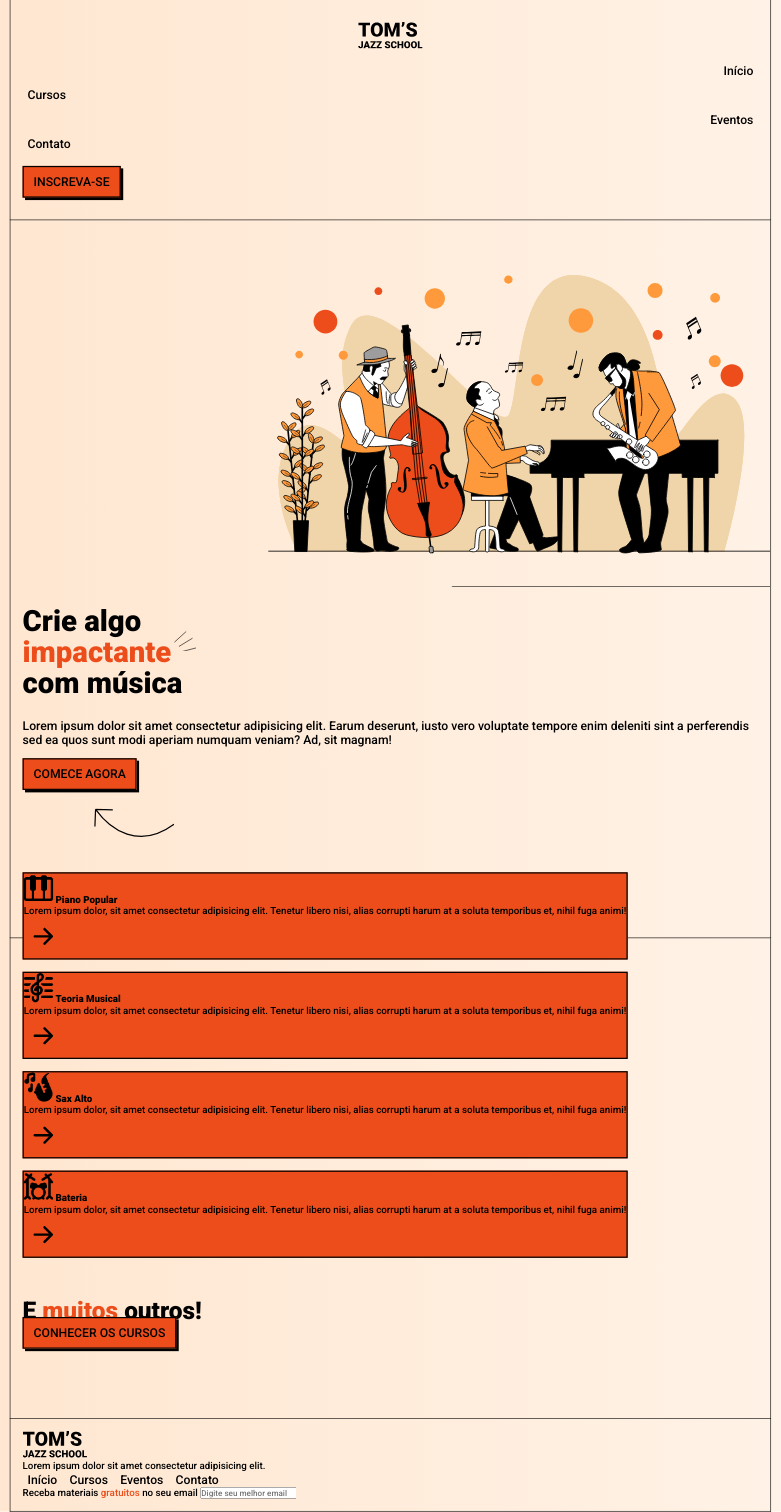
Repository: tenoriodasilva31/OBC-Music-School
Page: index.html
The author's editor kept a copy of each file at every save. The page is drawn from the files as they stood at one save, then again after the next save.
The browser window is 1280 px wide. The pictures show the whole page, at 61% of full size.

Above is the page before, as saved 2023-07-05 17:45:01.

### index.html
<!DOCTYPE html>
<html lang="pt-BR">
<head>
    <meta charset="UTF-8">
    <meta name="viewport" content="width=device-width, initial-scale=1.0">
    <title>Tom's Jazz School</title>

    <link rel="preconnect" href="https://fonts.googleapis.com">
    <link rel="preconnect" href="https://fonts.gstatic.com" crossorigin>

    <link rel="stylesheet" href="index.css">

    <link href="https://fonts.googleapis.com/css2?family=Roboto:wght@500;900&display=swap" rel="stylesheet">
</head>
<body>
    <header>
        <img src="./img/logo.svg" alt="Tom's School">
        <nav class="mt-1 nx-auto">
            <a href="#">Início</a>
            <a href="#">Cursos</a>
            <a href="#">Eventos</a>
            <a href="#">Contato</a>
        </nav>
        <button href="#" class="button mt-1 mb-1 nx-auto">Inscreva-se</button>
    </header>
    <main>
        <section class="hero-section">
            <img src="/img/hero-img.svg" alt="Banda de jazz se apresentando">
            <div>
                <h1 class="mt-2">Crie algo <span class="text-primary decoration">impactante</span> com música</h1>
                <p class="mt-2 mb-2">Lorem ipsum dolor sit amet consectetur adipisicing elit. Earum deserunt, iusto vero voluptate tempore enim deleniti sint a perferendis sed ea quos sunt modi aperiam numquam veniam? Ad, sit magnam!</p>
                <a href="#" class="button mt-1 mb-1 nx-auto">Comece agora</a>
            </div>
        </section>
        <section class="courses-section">
            <div class="cards">
            <article class="card">
                <img src="/img/piano.png" alt="icone de teclas de piano">
                <strong>Piano Popular</strong>
                <p>Lorem ipsum dolor, sit amet consectetur adipisicing elit. Tenetur libero nisi, alias corrupti harum at a soluta temporibus et, nihil fuga animi!</p>
                <a href="#">
                    <img src="/img/arrow-right.svg" alt="Ir para página do curso">
                </a>
            </article>
            <article class="card">
                <img src="/img/clef.png" alt="icone clave">
                <strong>Teoria Musical</strong>
                <p>Lorem ipsum dolor, sit amet consectetur adipisicing elit. Tenetur libero nisi, alias corrupti harum at a soluta temporibus et, nihil fuga animi!</p>
                <a href="#">
                    <img src="/img/arrow-right.svg" alt="Ir para página do curso">
                </a>
            </article>
            <article class="card">
                <img src="/img/sax.png" alt="icone de teclas de piano">
                <strong>Sax Alto</strong>
                <p>Lorem ipsum dolor, sit amet consectetur adipisicing elit. Tenetur libero nisi, alias corrupti harum at a soluta temporibus et, nihil fuga animi!</p>
                <a href="#">
                    <img src="/img/arrow-right.svg" alt="Ir para página do curso">
                </a>
            </article>
            <article class="card">
                <img src="/img/drums.png" alt="icone de teclas de piano">
                <strong>Bateria</strong>
                <p>Lorem ipsum dolor, sit amet consectetur adipisicing elit. Tenetur libero nisi, alias corrupti harum at a soluta temporibus et, nihil fuga animi!</p>
                <a href="#">
                    <img src="/img/arrow-right.svg" alt="Ir para página do curso">
                </a>
            </article>
            </div>
            <h2>E <span class="text-primary">muitos</span> outros!</h2>
            <a href="#" class="button">Conhecer os cursos</a>
        </section>
    </main>

    <footer>
        <div>
            <img src="/img/logo.svg" alt="Tom's School">
            <p>Lorem ipsum dolor sit amet consectetur adipisicing elit. </p>
        </div>
        <nav>
            <a href="#">Início</a>
            <a href="#">Cursos</a>
            <a href="#">Eventos</a>
            <a href="#">Contato</a>
        </nav>
        <form>
            <label for="email">Receba materiais <span class="text-primary">gratuitos</span> no seu email</label>
            <input type="text" name="email" id="email" placeholder="Digite seu melhor email">
        </form>
    </footer>
</body>
</html>

### index.css
* {
    box-sizing: border-box;
    font-family: 'Roboto', sans-serif;
    margin: 0;
    padding: 0;
}

:root {
    --color-primary: #ED4D1B;
    --color-secondary: #FF9a3c;
    --color-black: #000;
    --color-white: #FFF;
}

body {
    background: linear-gradient(90deg, #ffe7d1 0%, #FFF2e6 100%);
    padding: 0 1rem;
}

header,.hero-section, .courses-section, footer {
    border-color: var(--color-black);
    border-style: solid;
    border-width: 0 1px 1px 1px;
    padding: 1.25rem;
}

header img {
    display: block;
    margin: 1rem auto;
}

header nav {
    display: grid;
    grid-template-columns: 1fr, 1fr;
}

nav a {
    color: var(--color-black);
    font-size: 1.25rem;
    padding: .5rem;
    text-decoration: none;
}

header nav a:nth-child(2n-1) {
    text-align: right;
}

.button {
    background-color: var(--color-primary);
    border: 2px solid var(--color-black);
    box-shadow: 4px 4px 0 var(--color-black);
    color: var(--color-black);
    display: black;
    font-size: 1.25rem;
    padding: .75rem 1rem;
    max-width: 14rem;
    text-align: center;
    text-decoration: none;
    text-transform: uppercase;
}

.hero-section {
    padding-right: 0;
    padding-bottom: 16rem;

}

.hero-section img {
    display: block;
    margin: 1.25rem 0 0 auto;
    max-width: 100%;
}

h1 {
    font-size: 3rem;
    line-height: 105%;
}

h2 {
    font-size: 2.5rem;
}

.hero-section p {
    font-size: 1.25rem;
    padding-right: 1.25rem;
}

.hero-section .button {
    position: relative;

}

.hero-section .button::after {
    content: '';
    background: url("/img/arrow-curve.svg");
    position: absolute;
    top: 5rem;
    right: -4rem;
    height: 48px;
    width: 132px;
}

.decoration {
    display: block;
    position: relative;
}

.decoration::after {
    content: '';
    background: url(/img/three-dashes.svg);
    position: absolute;
    top: -0.75rem;
    height: 36px;
    width: 40px;
}

.courses-section {
    padding-bottom: 8rem;

}

.cards {
    display: flex;
    flex-direction: column;
    align-items: start;
    gap: 1.25rem;
    margin-top: -8rem;
    margin-bottom: 4rem;
}

.card {
    background-color: var(--color-primary);
    border: 2px solid var(--color-black);

}

.mt-1 {
    margin-top: 1rem;
}

.mt-2 {
    margin-top: 2rem;
}

.mb-1 {
    margin-bottom: 1rem;
}

.mb-2 {
    margin-bottom: 2rem;
}

.mx-auto {
    margin-left: auto;
    margin-right: auto;
}

.text-primary {
    color: var(--color-primary);
}

.text-center {
    text-align: center;
}

After the next save:
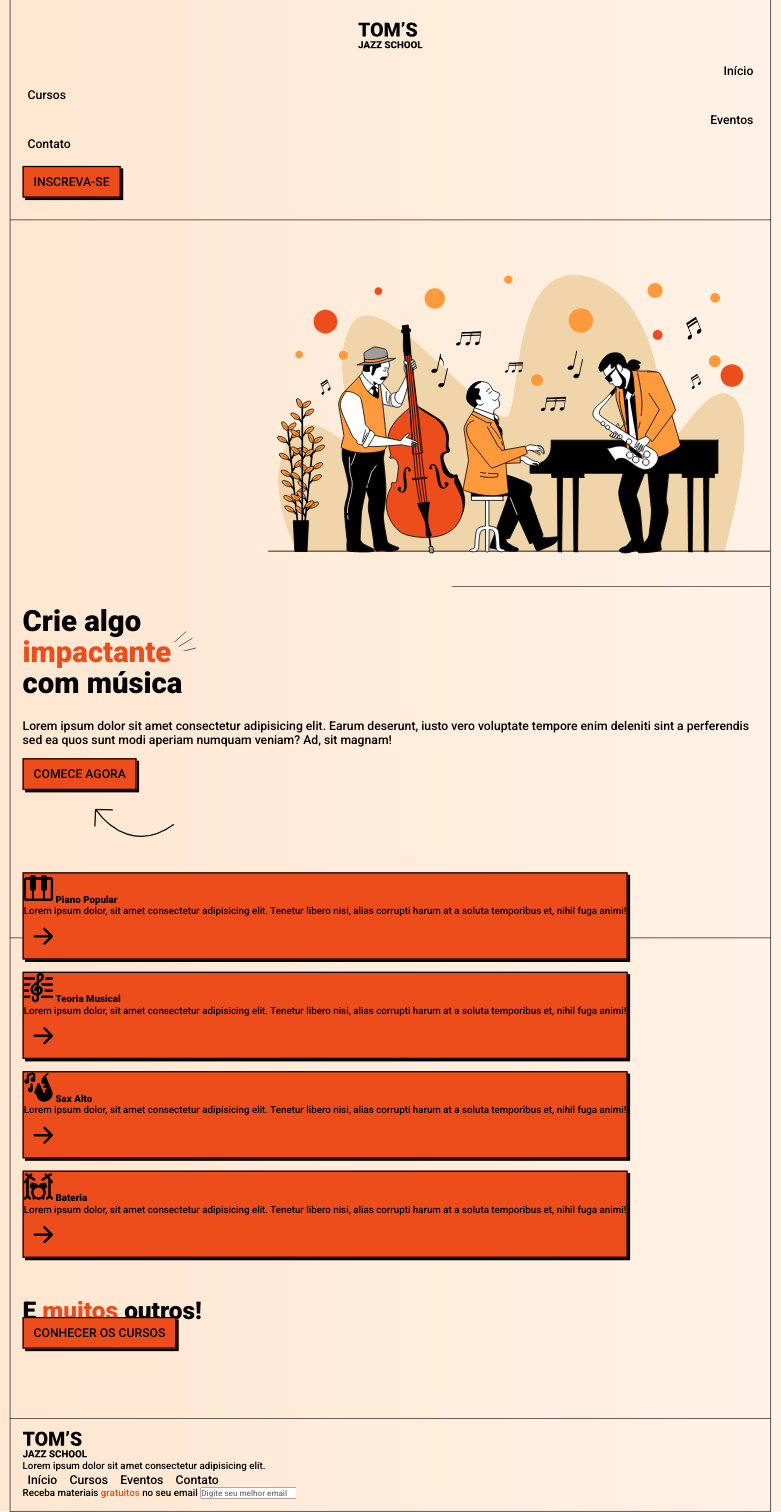
Saved 26 s later.
--- a/index.css
+++ b/index.css
@@ -131,7 +131,7 @@ h2 {
 .card {
     background-color: var(--color-primary);
     border: 2px solid var(--color-black);
-
+    box-shadow: 4px 4px 0 var(--color-black);
 }
 
 .mt-1 {
